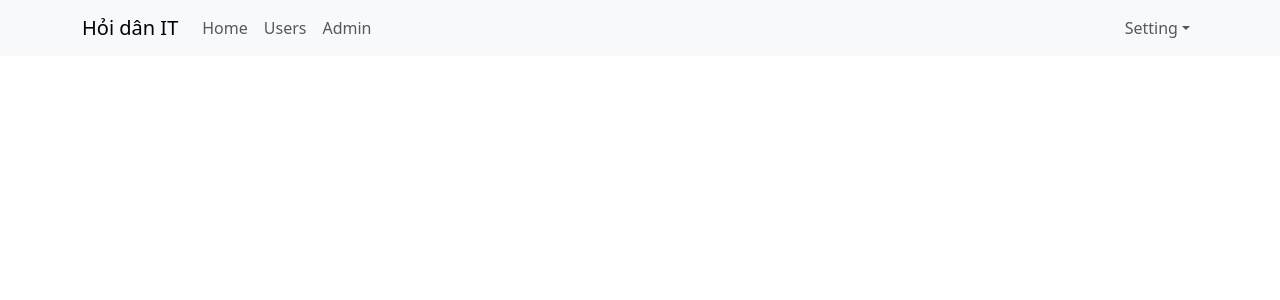
Repository: hoang0508/React-Project-hdIT
Page: /
An editor plug-in stored every save of this project. The page is shown before and after a run of saves, followed by the edit.
The browser window is 1280 px wide. The pictures show the whole page.
The project was rebuilt for these pictures with package versions that can differ from the ones it lists, and the page was loaded fresh each time. Also part of the build but not shown: src/App.scss.

Above is the page before, as saved 2022-08-26 15:28:23.

After the next 2 saves:
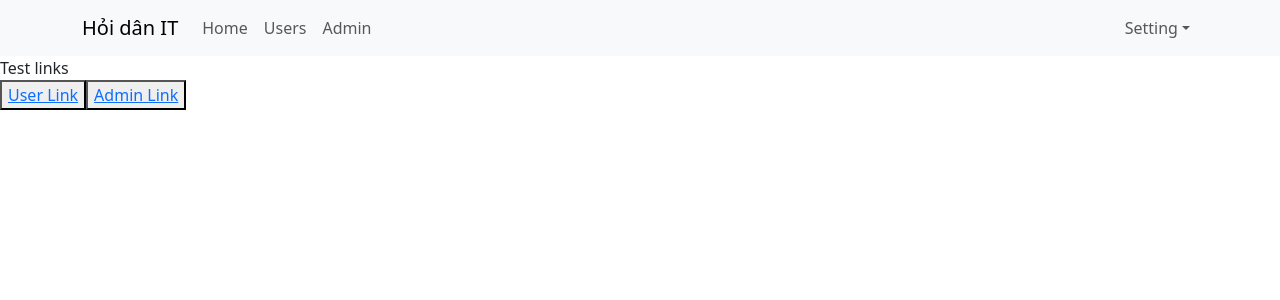
The 2 saves are shown as one change because they came seconds apart.
The last was saved 10 min 30 s later.
--- a/src/App.js
+++ b/src/App.js
@@ -1,11 +1,20 @@
 import React from "react";
 import "./App.scss";
 import Header from "./components/Header/Header";
-
+import { Link } from "react-router-dom";
 function App() {
   return (
     <div className="App">
       <Header />
+      <div>Test links</div>
+      <div>
+        <button>
+          <Link to="/users">User Link</Link>
+        </button>
+        <button>
+          <Link to="/admin">Admin Link</Link>
+        </button>
+      </div>
     </div>
   );
 }
